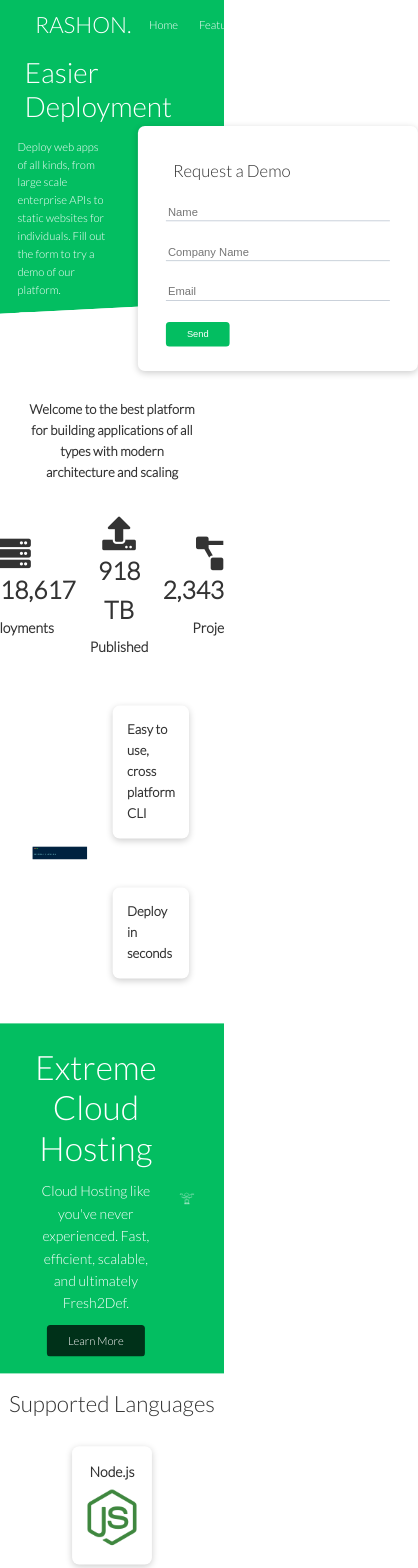
Repository: Skilis/website-modern
Page: index.html
The author's editor kept a copy of each file at every save. The page is drawn from the files as they stood at one save, then again after the next save.
The browser window is 320 px wide. The page is 597 px wide, so the pictures cover 597 px, including what lies to the right of the window. The pictures show the part of the page from y = 0 to 2240 px (the page is 3681 px tall before and 3721 px after), at 70% of full size.

Above is the page before, as saved 2020-10-23 16:23:23.

After the next save:
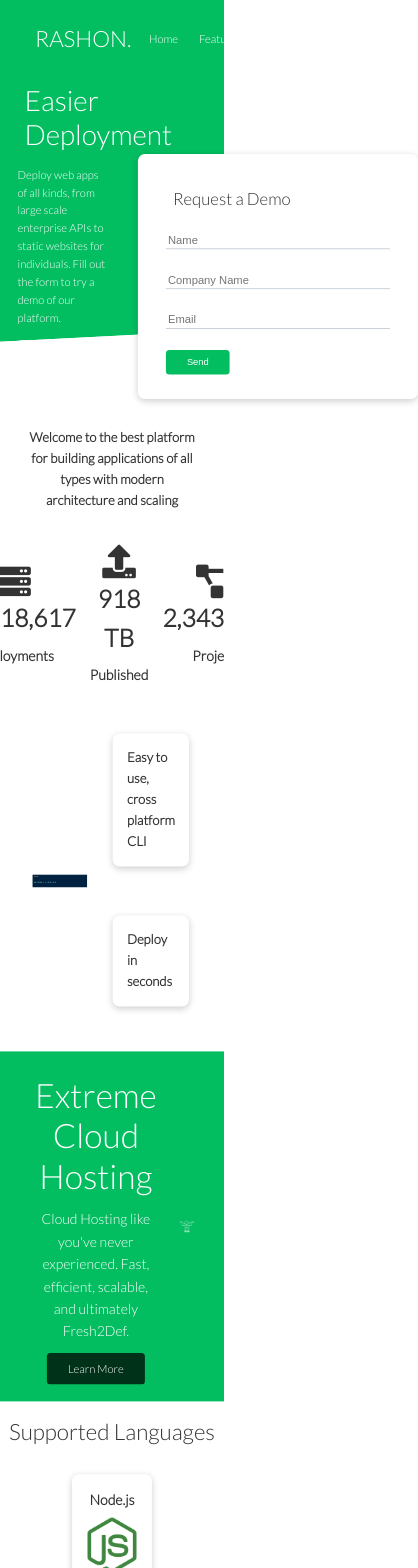
Saved 24 s later.
--- a/css/style.css
+++ b/css/style.css
@@ -204,4 +204,8 @@
 
 /* Mobile*/
 
-@media(max-width: 320px) {}
+@media(max-width: 320px) {
+  .navbar {
+    height: 110px;
+  }
+}
